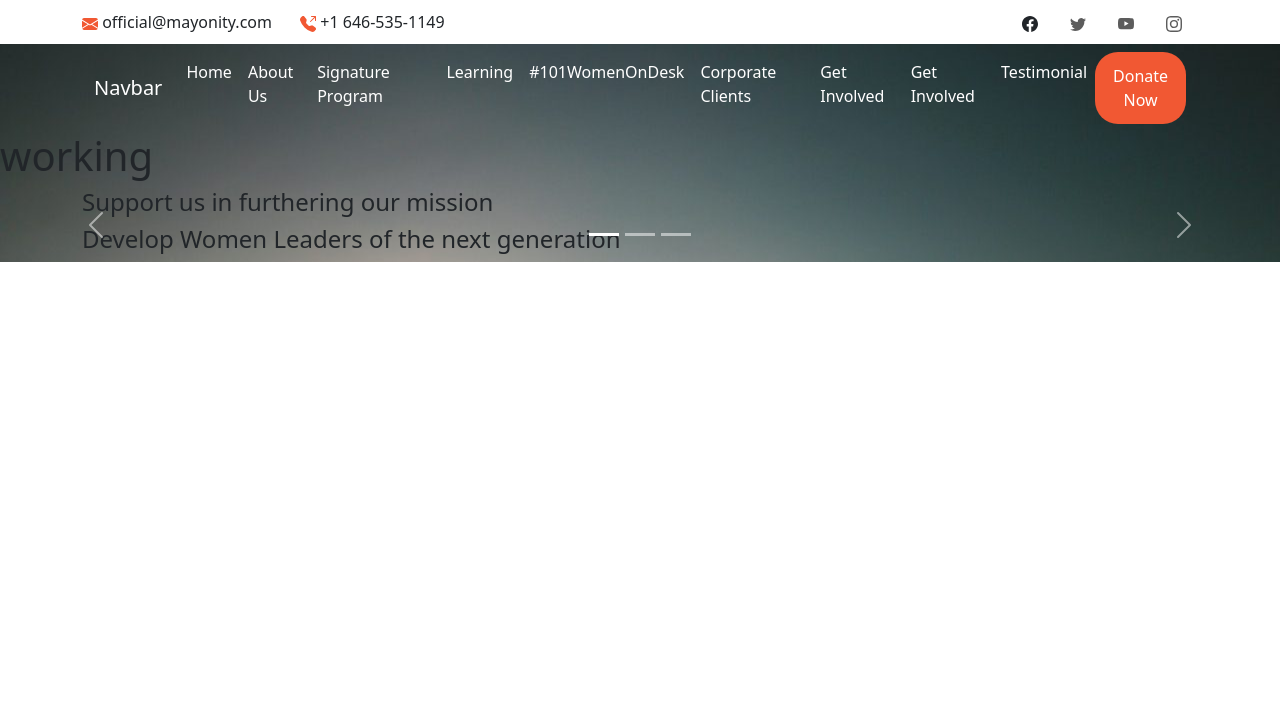
Repository: rizwan-zafar/wings
Page: /
An editor plug-in stored every save of this project. The page is shown before and after a run of saves, followed by the edit.
The browser window is 1280 px wide. The pictures show the whole page.
The project was rebuilt for these pictures with package versions that can differ from the ones it lists, and the page was loaded fresh each time.

Above is the page before, as saved 2022-11-25 23:48:56.

### public/index.html
<!DOCTYPE html>
<html lang="en">
  <head>
    <meta charset="utf-8" />
    <link rel="icon" href="%PUBLIC_URL%/favicon.ico" />
    <meta name="viewport" content="width=device-width, initial-scale=1" />
    <meta name="theme-color" content="#000000" />
    <meta
      name="description"
      content="Web site created using create-react-app"
    />
    <link rel="apple-touch-icon" href="%PUBLIC_URL%/logo192.png" />
    <!--
      manifest.json provides metadata used when your web app is installed on a
      user's mobile device or desktop. See https://developers.google.com/web/fundamentals/web-app-manifest/
    -->
    <link rel="manifest" href="%PUBLIC_URL%/manifest.json" />
    <!--
      Notice the use of %PUBLIC_URL% in the tags above.
      It will be replaced with the URL of the `public` folder during the build.
      Only files inside the `public` folder can be referenced from the HTML.

      Unlike "/favicon.ico" or "favicon.ico", "%PUBLIC_URL%/favicon.ico" will
      work correctly both with client-side routing and a non-root public URL.
      Learn how to configure a non-root public URL by running `npm run build`.
    -->
    <title>Wings</title>
  </head>
  <body>
    <noscript>You need to enable JavaScript to run this app.</noscript>
    <div id="root"></div>
    <!--
      This HTML file is a template.
      If you open it directly in the browser, you will see an empty page.

      You can add webfonts, meta tags, or analytics to this file.
      The build step will place the bundled scripts into the <body> tag.

      To begin the development, run `npm start` or `yarn start`.
      To create a production bundle, use `npm run build` or `yarn build`.
    -->
  </body>
</html>

### src/index.js
import React from 'react';
import ReactDOM from 'react-dom/client';
import './index.css';
import App from './App';
import "../node_modules/bootstrap/dist/css/bootstrap.min.css"
import "../node_modules/bootstrap/dist/js/bootstrap.min.js"

const root = ReactDOM.createRoot(document.getElementById('root'));
root.render(
  <React.StrictMode>
    <App />
  </React.StrictMode>
);

// If you want to start measuring performance in your app, pass a function
// to log results (for example: reportWebVitals(console.log))
// or send to an analytics endpoint. Learn more: https://bit.ly/CRA-vitals

### src/index.css
html {
  margin: 0;
  padding: 0;
  font-family: -apple-system, BlinkMacSystemFont, 'Segoe UI', 'Roboto', 'Oxygen',
    'Ubuntu', 'Cantarell', 'Fira Sans', 'Droid Sans', 'Helvetica Neue',
    sans-serif;
  -webkit-font-smoothing: antialiased;
  -moz-osx-font-smoothing: grayscale;
}
.icons{
  color:#f15833 ;
}
.social-icons{
  color:#000000a3
}

### src/App.js
import Home from "./Pages/Home"
function App() {
  return (

    <>
      <Home />
    </>

  );
}

export default App;

### src/Pages/Home.js
import React from 'react'
import TopNavbar from "../Components/Topnavbar"
// import Navbar from "../Components/Navbar"
import Slider from "../Components/Slider"
export default function Home() {
    return (
        <div>
            <TopNavbar />
            {/* <Navbar /> */}
            <Slider />
        </div>
    )
}

### src/Components/Topnavbar.js
import React from 'react'
import "../Css/Topnav.css"
import { EnvelopeFill, TelephoneOutboundFill, Twitter, Youtube, Instagram, Facebook } from "react-bootstrap-icons"
export default function Topnavbar() {
    return (
        <div className="top-bar container d-flex justify-content-between">
            <div>
                <span> <EnvelopeFill className="icons" /> official@mayonity.com</span>
                <span className="set-padding p-4"> <TelephoneOutboundFill className="icons ml-3" /> +1 646-535-1149</span>
            </div>
            <div>
                <span className="p-3 social-icons-"><Facebook /></span>
                <span className="p-3 social-icons"><Twitter /></span>
                <span className="p-3 social-icons"><Youtube /></span>
                <span className="p-3 social-icons"><Instagram /></span>
            </div>
        </div>
    )
}

### src/Components/Slider.js
import React from 'react'
import "../Css/Slider.css"
import Navbar from "../Components/Navbar"
export default function Slider() {
    return (
        <div className="set-slider">
            <Navbar />
             <h1>working</h1>
             <div id="carouselExampleCaptions" className=" carousel slide" data-bs-ride="false">
  <div className="carousel-indicators">
    <button type="button" data-bs-target="#carouselExampleCaptions" data-bs-slide-to="0" className="active" aria-current="true" aria-label="Slide 1"></button>
    <button type="button" data-bs-target="#carouselExampleCaptions" data-bs-slide-to="1" aria-label="Slide 2"></button>
    <button type="button" data-bs-target="#carouselExampleCaptions" data-bs-slide-to="2" aria-label="Slide 3"></button>
  </div>
  <div className="carousel-inner container">
    <div className="carousel-item active">
      {/* <img src="https://thumbs.dreamstime.com/b/happy-active-kids-group-six-boys-team-sitting-grass-balls-smiling-sunny-summer-day-33824066.jpg" className="d-block w-100" alt="..." /> */}

  <h4>Support us in furthering our mission</h4>
  <h4>Develop Women Leaders of the next generation</h4>
    </div>
    <div className="carousel-item">
      <img src="..." className="d-block w-100" alt="..." />
      <div className="carousel-caption d-none d-md-block">
        <h5>Second slide label</h5>
        <p>Some representative placeholder content for the second slide.</p>
      </div>
    </div>
    <div className="carousel-item">
      <img src="..." className="d-block w-100" alt="..." />
      <div className="carousel-caption d-none d-md-block">
        <h5>Third slide label</h5>
        <p>Some representative placeholder content for the third slide.</p>
      </div>
    </div>
  </div>
  <button className="carousel-control-prev" type="button" data-bs-target="#carouselExampleCaptions" data-bs-slide="prev">
    <span className="carousel-control-prev-icon" aria-hidden="true"></span>
    <span className="visually-hidden">Previous</span>
  </button>
  <button className="carousel-control-next" type="button" data-bs-target="#carouselExampleCaptions" data-bs-slide="next">
    <span className="carousel-control-next-icon" aria-hidden="true"></span>
    <span className="visually-hidden">Next</span>
  </button>
</div>
        </div>
    )
}

### src/Css/Topnav.css
.top-bar{
background-color: #fff;
padding: 10px;
}
.nav-container .btn
{
    background: #f15833;
    border-radius: 23px;
    color: white;
    padding: 11px;
    font-weight: 500;
}
 .nav-container nav ul li a
{
    color:  white;
}

### src/Css/Slider.css
.set-slider{
    background-image: url("/public/Images/header.jpg");
    background-size: cover;
    background-repeat: no-repeat;
}

### src/Components/Navbar.js
import React from 'react'

export default function Navbar() {
    return (
        <div className="nav-container container">
        <nav className="navbar navbar-expand-lg navbar-dark">
  <div className="container-fluid">
    <a className="navbar-brand" href="/">Navbar</a>
    <button className="navbar-toggler" type="button" data-bs-toggle="collapse" data-bs-target="#navbarNav" aria-controls="navbarNav" aria-expanded="false" aria-label="Toggle navigation">
      <span className="navbar-toggler-icon"></span>
    </button>
    <div className="collapse navbar-collapse" id="navbarNav">
      <ul className="navbar-nav ms-auto">
        <li className="nav-item">
          <a className="nav-link active" aria-current="page" href="/">Home</a>
        </li>
        <li className="nav-item">
          <a className="nav-link" href="/">About Us</a>
        </li>
        <li className="nav-item">
          <a className="nav-link" href="/">Signature Program</a>
        </li>
        <li className="nav-item">
          <a className="nav-link" href="/">Learning</a>
        </li>
        <li className="nav-item">
          <a className="nav-link" href="/">#101WomenOnDesk</a>
        </li>
        <li className="nav-item">
          <a className="nav-link" href="/">Corporate Clients</a>
        </li>
        <li className="nav-item">
          <a className="nav-link" href="/">Get Involved</a>
        </li>
        <li className="nav-item">
          <a className="nav-link" href="/">Get Involved</a>
        </li>
        <li className="nav-item">
          <a className="nav-link" href="/">Testimonial</a>
        </li>
        <li className="nav-item">
          <a className="nav-link btn " href="/">Donate Now</a>
        </li>

      </ul>
    </div>
  </div>
</nav>
        </div>
    )
}

After the next 2 saves:
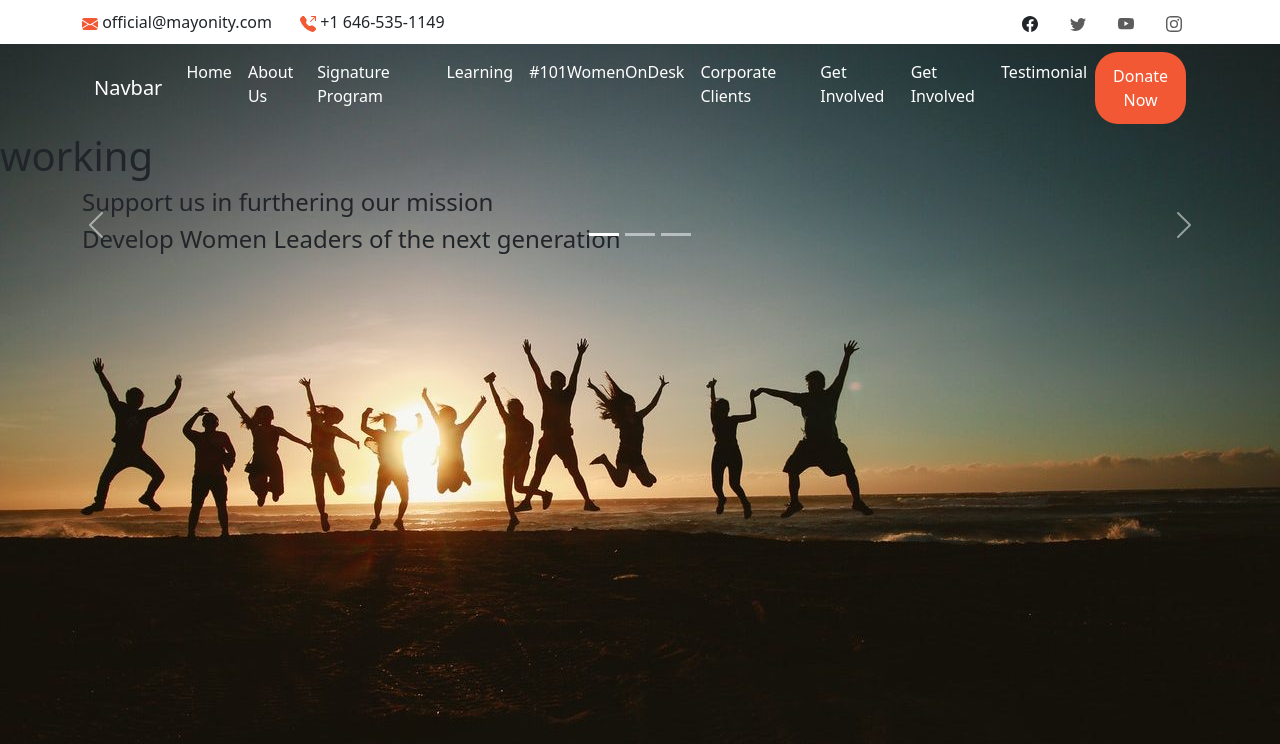
The 2 saves are shown as one change because they came seconds apart.
The last was saved 2 min 33 s later.
--- a/src/Css/Slider.css
+++ b/src/Css/Slider.css
@@ -2,4 +2,5 @@
     background-image: url("/public/Images/header.jpg");
     background-size: cover;
     background-repeat: no-repeat;
+    height: 700px;
 }
